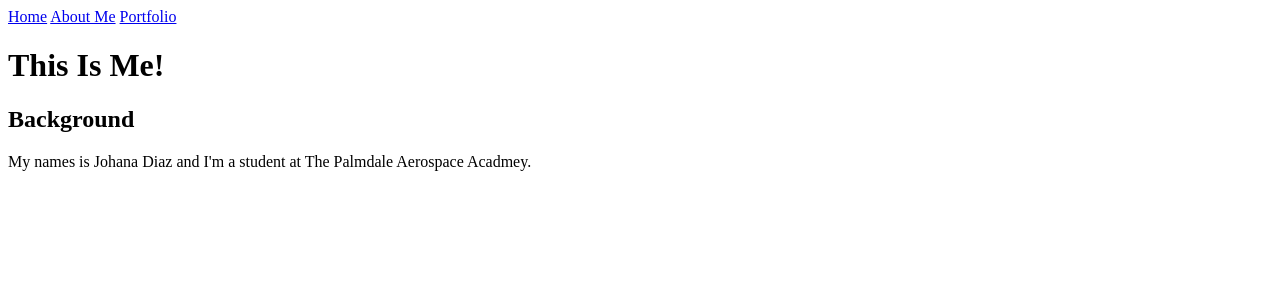
Repository: JDiaz463/JDiaz463.github.io
Page: my_website/aboutme.html
The author's editor kept a record of every edit. The page is drawn from the files as they stood at one moment, then again after the next edit.
The browser window is 1280 px wide. The pictures show the whole page.

Above is the page before.

After the next edit:
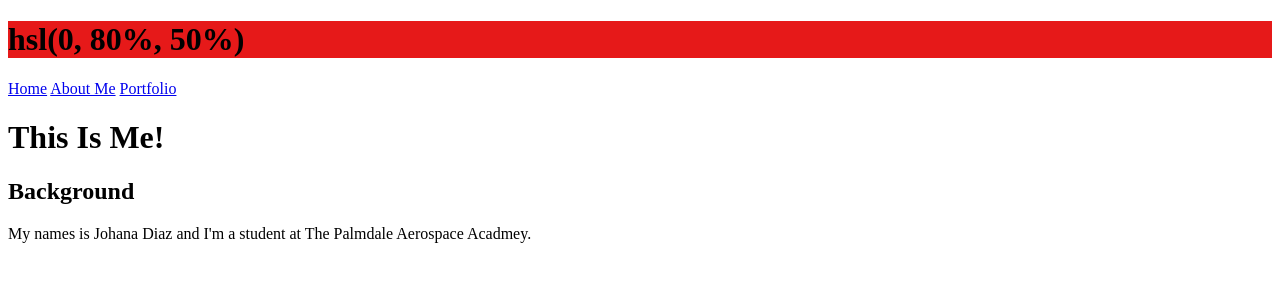
The edit:
--- a/my_website/aboutme.html
+++ b/my_website/aboutme.html
@@ -1,5 +1,6 @@
 <!doctype html>
 	<html lang="en">
+	  <h1 style="background-color:hsl(0, 80%, 50%);">hsl(0, 80%, 50%)</h1>
 	  <head>
 	    <meta charset="utf-8">
 	    <title>About Me</title>
